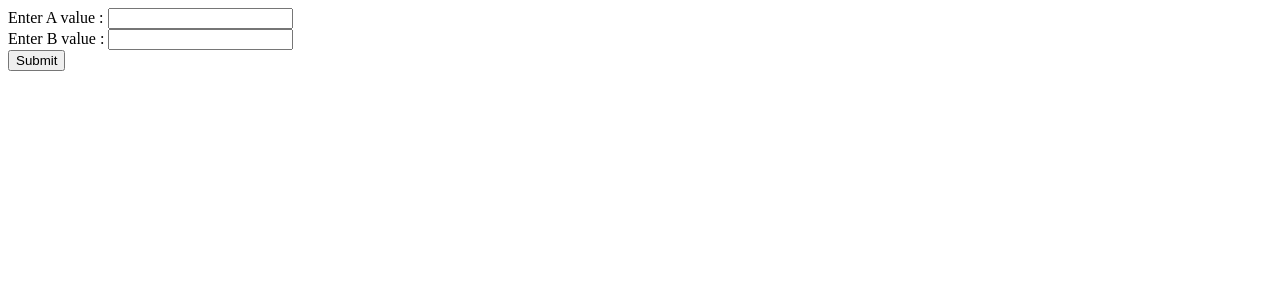
Repository: Thaneshwara848/Hibernate_BackEnd
Page: WebDemo4/src/main/webapp/Cal.html
These files come from the project's save history. The page is drawn as it stood at one moment and after the next save; the edit follows.
The browser window is 1280 px wide. The pictures show the whole page.

Above is the page before, as saved 2022-11-06 16:34:02.

After the next save:
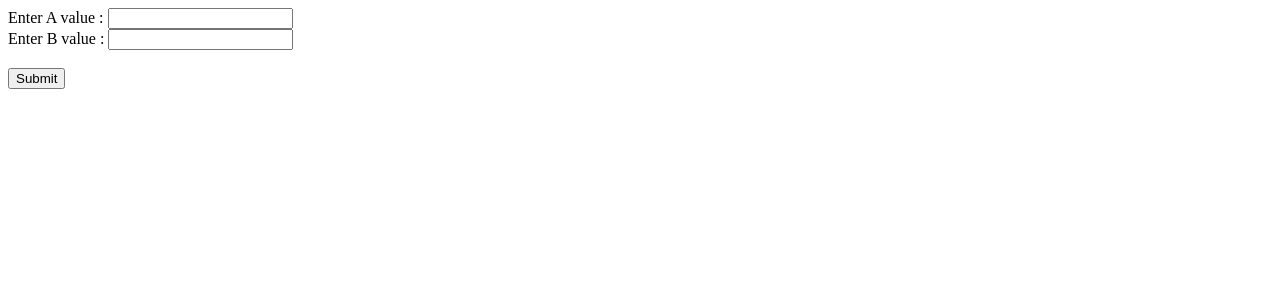
Saved 7 s later.
--- a/WebDemo4/src/main/webapp/Cal.html
+++ b/WebDemo4/src/main/webapp/Cal.html
@@ -6,7 +6,7 @@
 </head>
 <body>
 	Enter A value : <input type="text" name="a"><br>
-	Enter B value : <input type="text" name="b"> <br>
+	Enter B value : <input type="text" name="b"> <br> <br>
 
 	<input type="submit">
 
